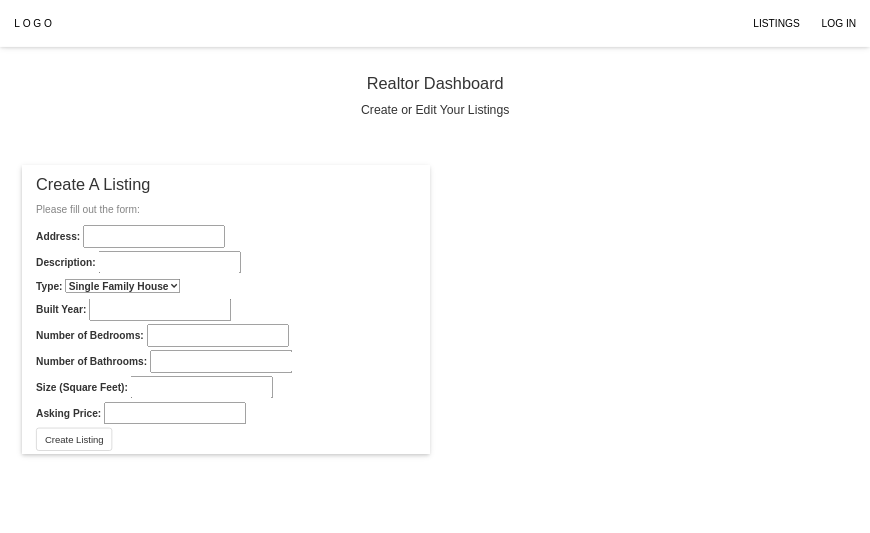
Repository: rickytorrez/test
Page: http://localhost/dcHome/WEB-INF/realtor.jsp
An editor plug-in stored every save of this project. The page is shown before and after the next save, followed by the edit.
The browser window is 1280 px wide. The pictures show the whole page, at 68% of full size.
Some web fonts or font styles are not loaded; a fallback is used. The page is served by Tomcat 9. Nobody is signed in. The template is opened directly, without the code that normally fills it, so the values that code supplies are empty.

Above is the page before, as saved 2018-06-04 15:56:13.

After the next save:
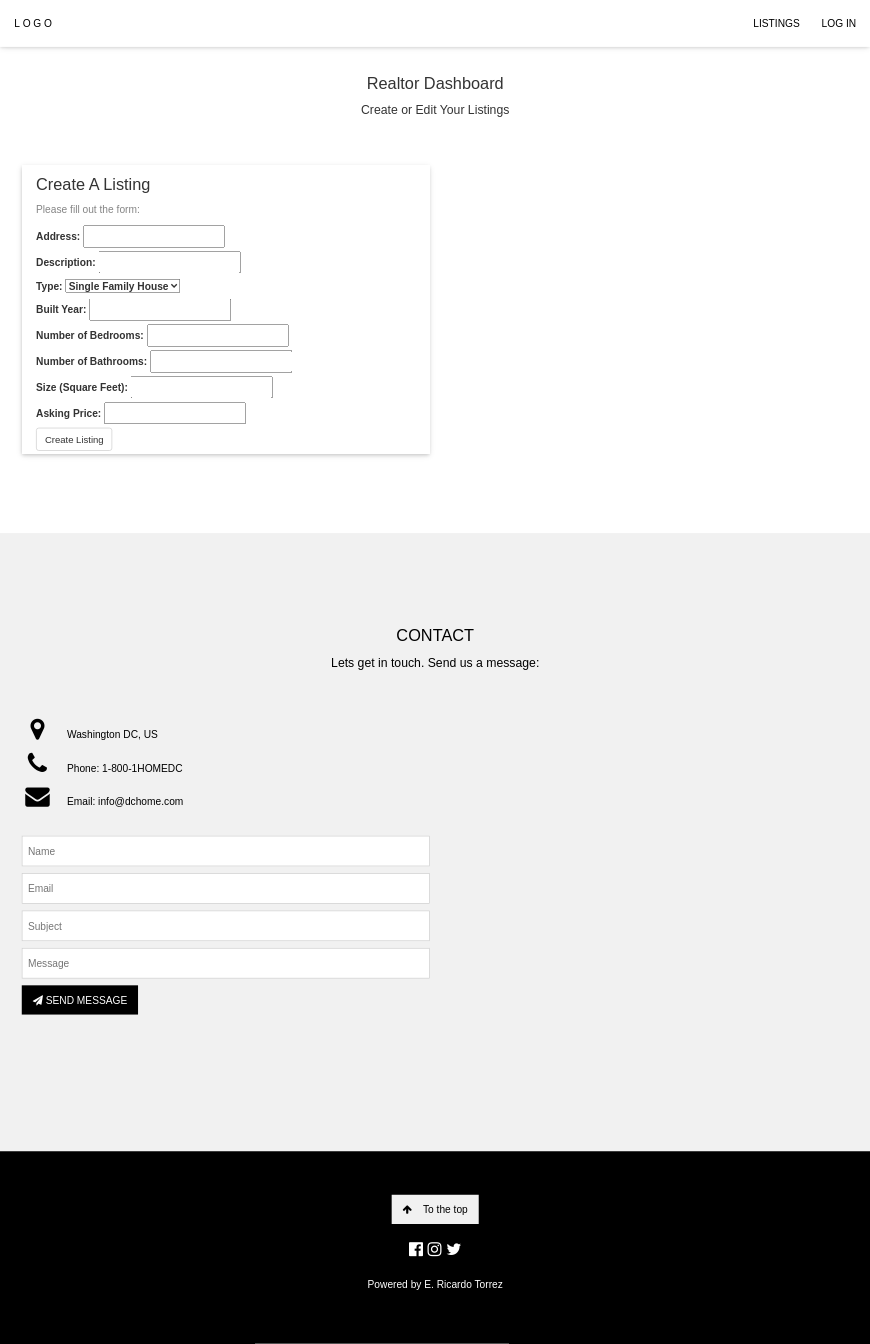
Saved 17 s later.
--- a/dcHome/src/main/webapp/WEB-INF/realtor.jsp
+++ b/dcHome/src/main/webapp/WEB-INF/realtor.jsp
@@ -136,7 +136,57 @@
 			</div>
 		</div>
 
+		<!-- Contact Section -->
+        	<div class="w3-container w3-light-grey" style="padding:128px 16px" id="contact">
+            	<h3 class="w3-center">CONTACT</h3>
+            	<p class="w3-center w3-large">Lets get in touch. Send us a message:</p>
+            	<div class="w3-row-padding" style="margin-top:64px">
+                	<div class="w3-half">
+                    	<p><i class="fa fa-map-marker fa-fw w3-xxlarge w3-margin-right"></i> Washington DC, US</p>
+                    	<p><i class="fa fa-phone fa-fw w3-xxlarge w3-margin-right"></i> Phone: 1-800-1HOMEDC</p>
+                    	<p><i class="fa fa-envelope fa-fw w3-xxlarge w3-margin-right"> </i> Email: info@dchome.com</p>
+                    	<br>
+                    	<form action="/message/new" method="POST">
+                        	<p>
+                            	<input class="w3-input w3-border" type="text" placeholder="Name" required name="name">
+                        	</p>
+                        	<p>
+                            	<input class="w3-input w3-border" type="text" placeholder="Email" required name="email">
+                        	</p>
+                        	<p>
+                            	<input class="w3-input w3-border" type="text" placeholder="Subject" required name="subject">
+                        	</p>
+                        	<p>
+                            	<input class="w3-input w3-border" type="text" placeholder="Message" required name="content">
+                        	</p>
+                        	<p>
+                            	<button class="w3-button w3-black" type="submit">
+                                	<i class="fa fa-paper-plane"></i> SEND MESSAGE
+                            	</button>
+                        	</p>
+                    	</form>
+                	</div>
 
+                	<div class="w3-half">
+                    	<!-- Add Google Maps -->
+                    	<div id="googleMap" class="w3-greyscale-max" style="width:100%;height:510px;"></div>
+                	</div>
+            	</div>
+        	</div>
+
+        	<!-- Footer -->
+        	<footer class="w3-center w3-black w3-padding-64">
+            	<a href="#home" class="w3-button w3-light-grey">
+                	<i class="fa fa-arrow-up w3-margin-right"></i>To the top</a>
+            	<div class="w3-xlarge w3-section">
+                	<i class="fa fa-facebook-official w3-hover-opacity"></i>
+                	<i class="fa fa-instagram w3-hover-opacity"></i>
+                	<i class="fa fa-twitter w3-hover-opacity"></i>
+            	</div>
+            	<p>Powered by
+                	<a href="https://ertorrez.com" title="W3.CSS" target="_blank" class="w3-hover-text-green">E. Ricardo Torrez</a>
+            	</p>
+        	</footer>
 
 	</body>
 </html>
